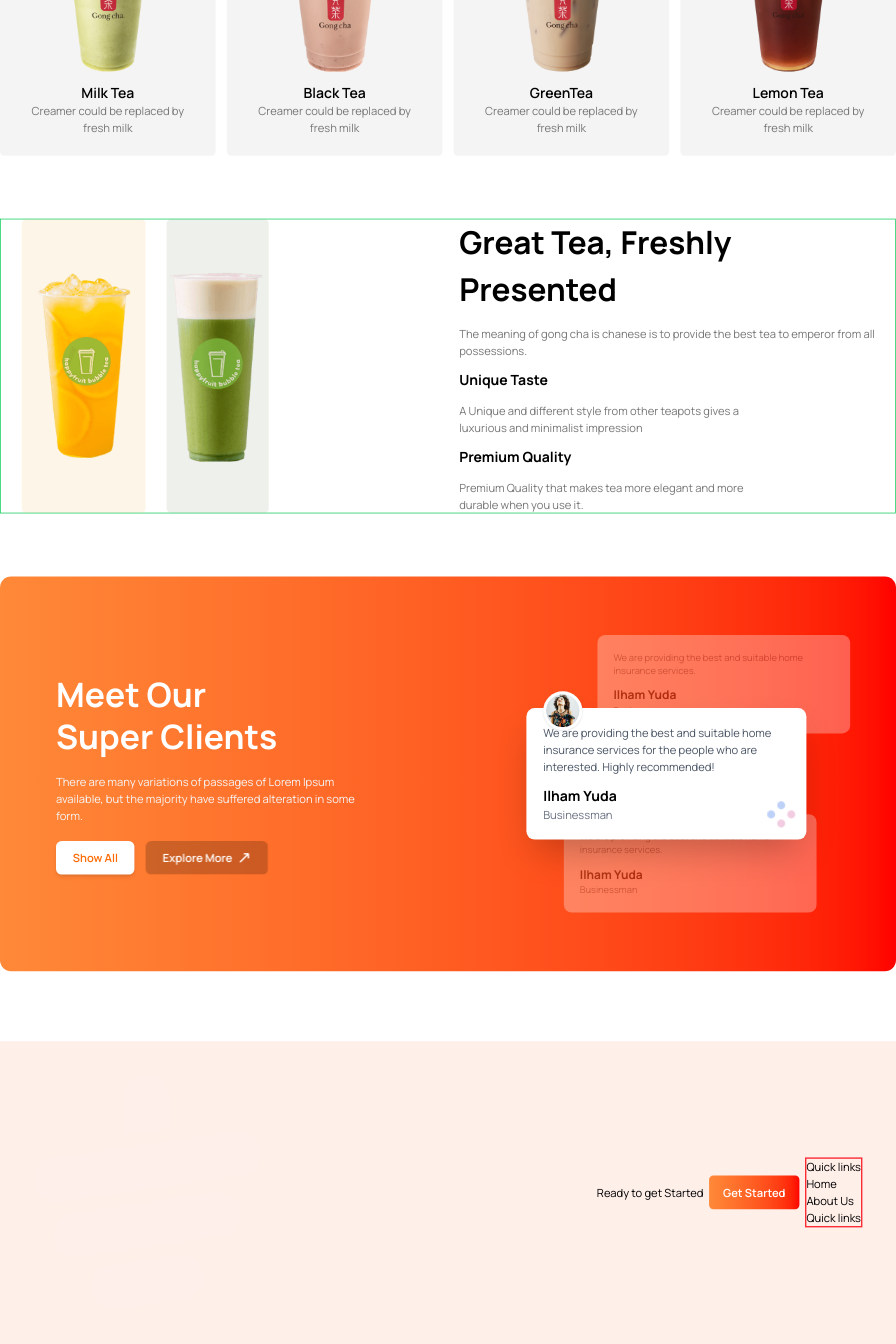
Repository: tanimtanzilislam/Tea-house
Page: index.html
The author's editor kept a copy of each file at every save. The page is drawn from the files as they stood at one save, then again after the next save.
The browser window is 1280 px wide. The pictures show the part of the page from y = 1069 to 2989 px (the page is 2989 px tall), at 70% of full size.
Some web libraries are served in a nearby version.

Above is the page before, as saved 2026-04-10 17:54:45.

After the next save:
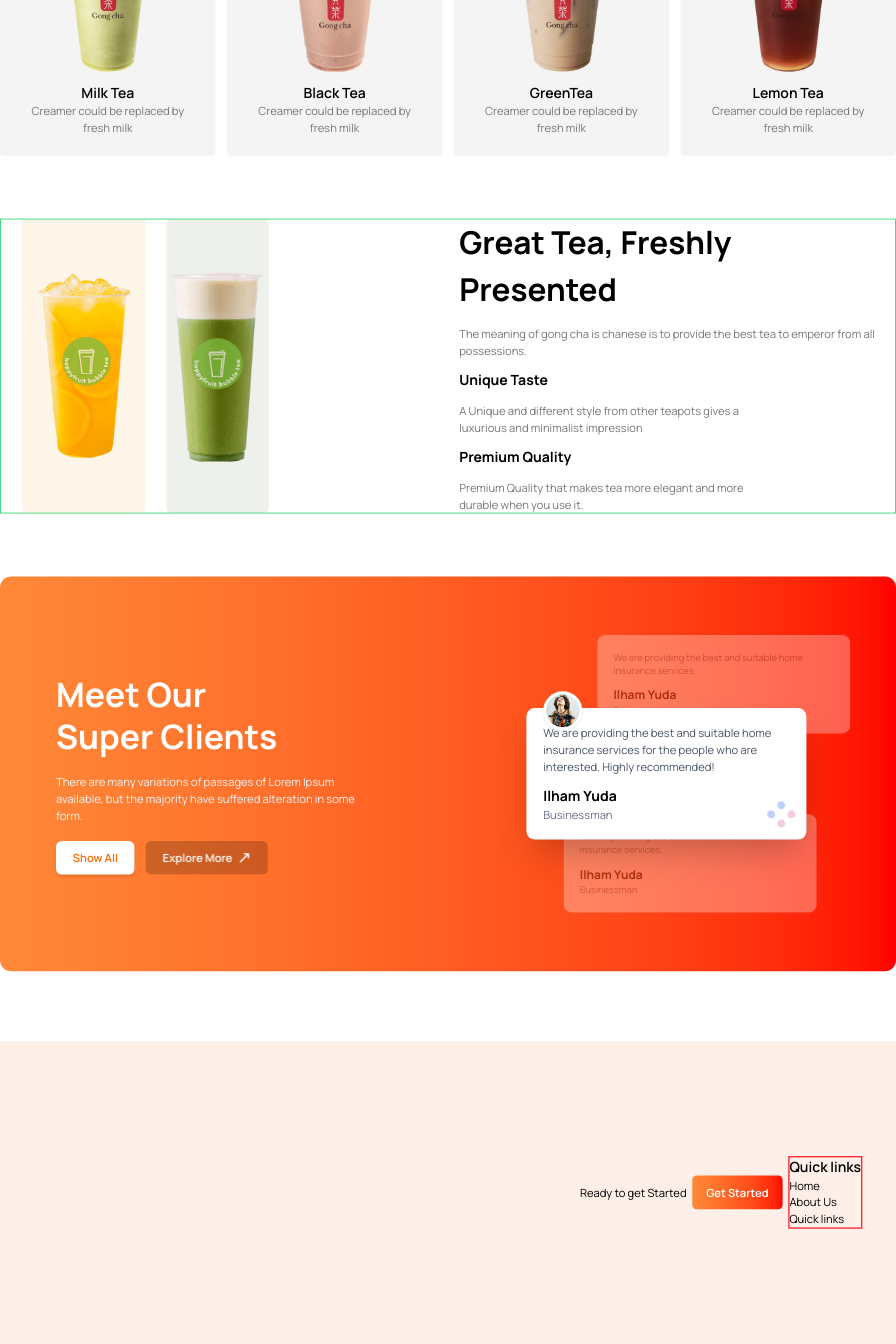
Saved 5 s later.
--- a/index.html
+++ b/index.html
@@ -221,7 +221,7 @@
 
 <div class="border-2 border-red-500">
     <ul>
-        <li class="font semi">Quick links</li>
+        <li class="font font-semibold text-xl">Quick links</li>
          <li><a href="">Home</a></li>
         <li><a href="">About Us</a></li>
         <li> <a href="">Quick links</a></li>
